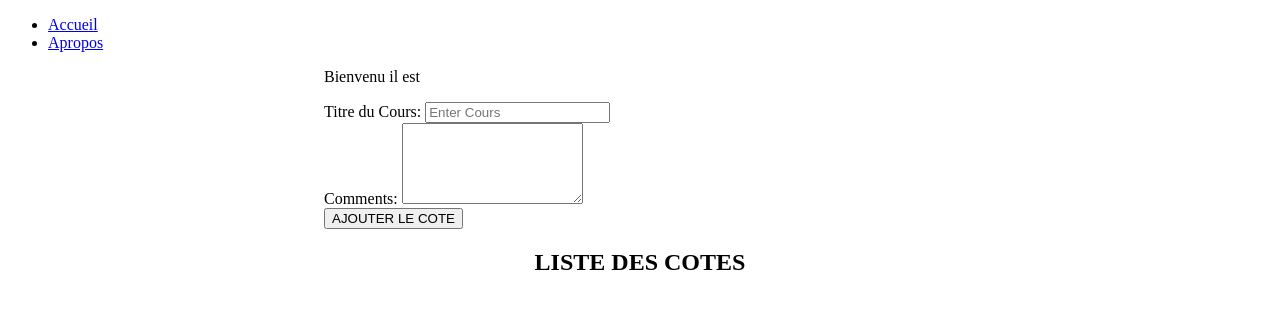
Repository: SKB-TECH/MinProject
Page: http://localhost/
An editor plug-in stored every save of this project. The page is shown before and after the next save, followed by the edit.
The browser window is 1280 px wide. The pictures show the whole page.
The page is served by the project's Node server (app.js).

Above is the page before, as saved 2022-09-30 13:56:57.

### IHM/index.ejs
<!DOCTYPE html>
<html lang="en">
  <head>
    <meta charset="UTF-8" />
    <meta http-equiv="X-UA-Compatible" content="IE=edge" />
    <meta name="viewport" content="width=device-width, initial-scale=1.0" />
    <link
      rel="stylesheet"
      href="../node_modules/bootstrap/dist/css/bootstrap.min.css"
    />
    <title>NoteApp</title>
  </head>
  <body>
    <header>
      <nav class="navbar navbar-expand-sm bg-primary navbar-success">
        <div class="container-fluid">
          <ul class="navbar-nav">
            <li class="nav-item">
                <a class="nav-link active" href="/">Accueil</a>
              </li>
              <li class="nav-item">
                <a class="nav-link" href="/apropos">Apropos</a>
              </li>
          </ul>
        </div>
      </nav>
    </header>
    <section>
      <div style="width: 50%; margin: auto;">
        <p>Bienvenu il est <% dates %> </p>
        <form action="/action_page.php">
          <div class="mb-3 mt-3">
            <label for="email" class="form-label">Titre du Cours:</label>
            <input
              type="email"
              class="form-control"
              id="email"
              placeholder="Enter Cours"
              name="email"
            />
          </div>
          <div class="mb-3">
            <label for="comment">Comments:</label>
            <textarea
              class="form-control"
              rows="5"
              id="comment"
              name="text"
            ></textarea>
          </div>
          <button type="submit" class="btn btn-primary width:100%">
            AJOUTER LE COTE
          </button>
        </form>
      </div>
    </section>
    <section>
        <h1 style="text-align:center;">LISTE DES COTES</h1>
    </section>
  </body>
</html>

### app.js
const express = require('express')
const { statut } = require('express/lib/response')
const app = express()

app.use(express.static('./node_modules/bootstrap/dist/css/bootstrap.min.css'))

//Definition du moteur de visualisation (vieuw engine)
app.set('view engine', 'ejs')
app.set('views', 'IHM')

//Defintion des routes
app.get('/', (requete, reponse) => {
    const dates = Date().toString()
    reponse.status(200).render('index', { dates })
})

app.get('/apropos', (requete, reponse) => {
    reponse.status(200).render('apropos')
})

app.use((requete, reponse) => {
    reponse.status(200).render('pageIntrouvable')
})

app.listen(3002, () => {
    console.log('Server lance au port 3002')
})

### IHM/pageIntrouvable.ejs
<!DOCTYPE html>
<html lang="en">
<head>
    <meta charset="UTF-8">
    <meta http-equiv="X-UA-Compatible" content="IE=edge">
    <meta name="viewport" content="width=device-width, initial-scale=1.0">
    <link
    rel="stylesheet"
    href="../node_modules/bootstrap/dist/css/bootstrap.min.css"
  />
    <title>PageNotFound</title>
</head>
<body>

    <header>
        <nav class="navbar navbar-expand-sm bg-primary navbar-success">
          <div class="container-fluid">
            <ul class="navbar-nav">
                <li class="nav-item">
                    <a class="nav-link active" href="/">Accueil</a>
                  </li>
                  <li class="nav-item">
                    <a class="nav-link" href="/apropos">Apropos</a>
                  </li>
            </ul>
          </div>
        </nav>
      </header>
   <section>
        <div style="width: 50%; margin:auto; margin-top:20px;">
            <h1>Error 404: Page Not Found</h1>
        <p>
            Vous aviez saisi un mauvais URL
        </p>
        </div>
   </section>
</body>
</html>

After the next save:
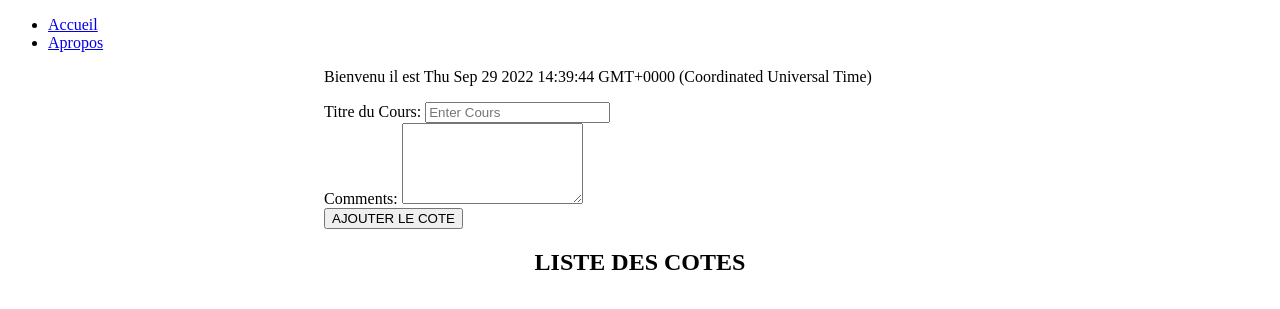
Saved 12 s later.
--- a/IHM/index.ejs
+++ b/IHM/index.ejs
@@ -27,7 +27,7 @@
     </header>
     <section>
       <div style="width: 50%; margin: auto;">
-        <p>Bienvenu il est <% dates %> </p>
+        <p>Bienvenu il est <%= dates %> </p>
         <form action="/action_page.php">
           <div class="mb-3 mt-3">
             <label for="email" class="form-label">Titre du Cours:</label>
